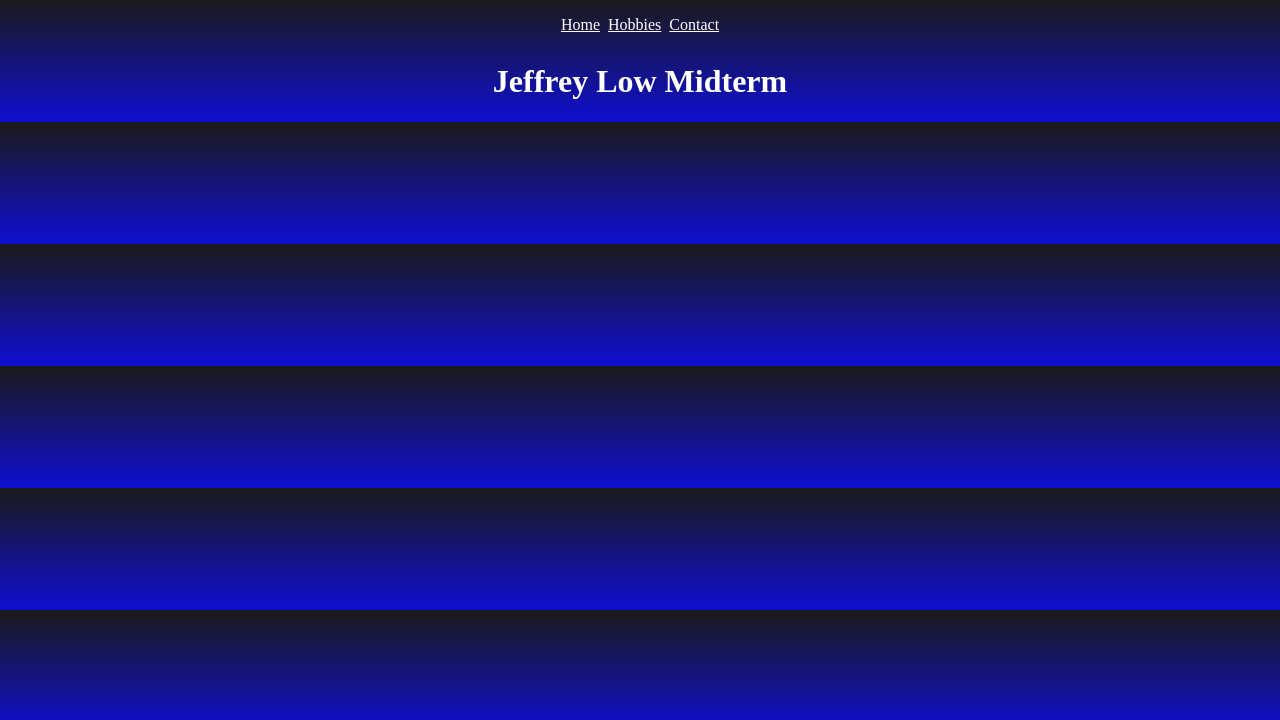
Repository: sebas6292/Jeff-Midterm
Page: home.html
An editor plug-in stored every save of this project. The page is shown before and after the next save, followed by the edit.
The browser window is 1280 px wide. The pictures show the whole page.

Above is the page before, as saved 2023-04-30 23:24:21.

### home.html
<!DOCTYPE html>
<html lang="en">
  <head>
    <title>Home</title>
    <meta charset="UTF-8" />
    <meta name="viewport" content="width=device-width" />
    <link rel="stylesheet" href="styles.css" />
  </head>
  <body>
    <nav>
      <a href="/home.html">Home</a>
      <a href="/hobby.html">Hobbies</a>
      <a href="/contact.html">Contact</a>
    </nav>
    <main>
      <h1>Jeffrey Low Midterm</h1>
      <p></p>
    </main>
  </body>
</html>

### styles.css
body {
  background: linear-gradient(rgb(27, 26, 26), rgb(15, 15, 210));
}

nav {
  display: flex;
  flex-wrap: wrap;
  align-items: center;
  justify-content: center;
  padding: 0.5rem;
  gap: 0.5rem;
}
nav, a, h1, p{
  color: white
}

.title {
  display: flex;
  justify-content: center;
}

/* hobbies */
.container {
  display: flex;
  flex-wrap: wrap;
  justify-content: center ;
}
.box-container {
  padding: 1rem;
}
.img-hobbies {
  border-radius: 10%;
}

h1, .contact-info, img {
  display: flex;
  justify-content: center;
  border-radius: 8%;
}

After the next save:
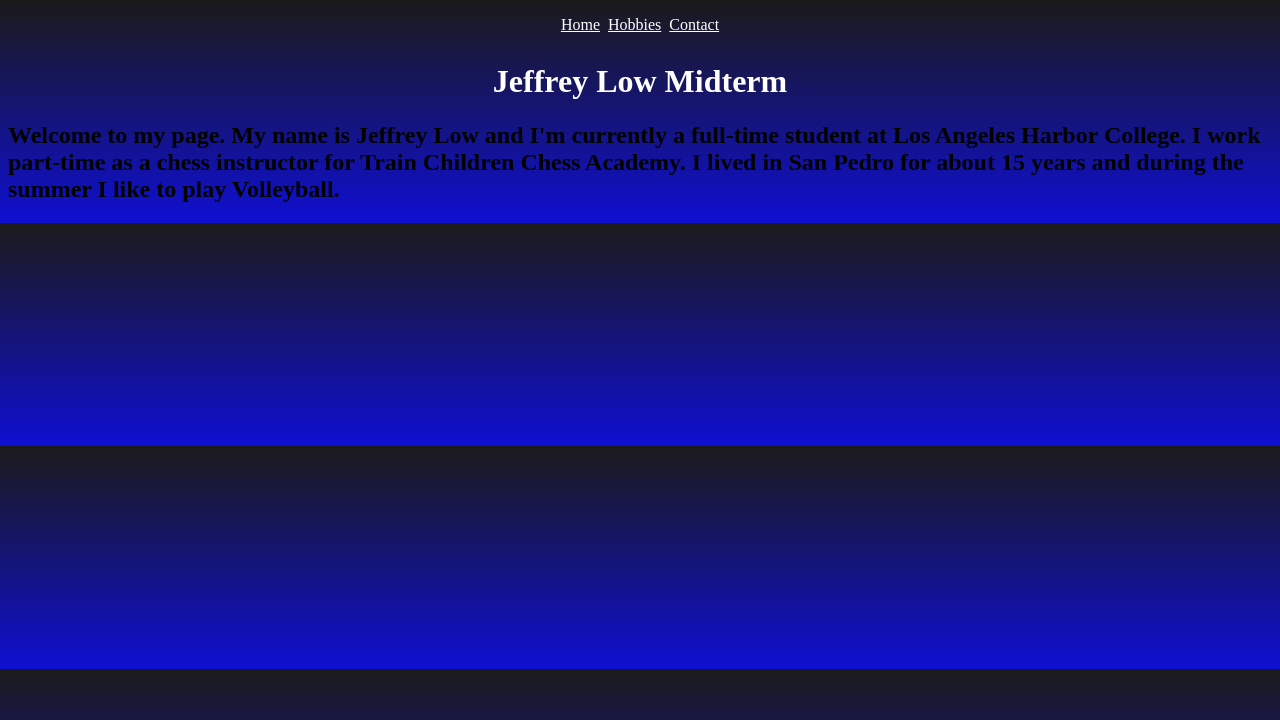
Saved 3 min 42 s later.
--- a/home.html
+++ b/home.html
@@ -14,7 +14,7 @@
     </nav>
     <main>
       <h1>Jeffrey Low Midterm</h1>
-      <p></p>
+    <h2>Welcome to my page. My name is Jeffrey Low and I'm currently a full-time student at Los Angeles Harbor College. I work part-time as a chess instructor for Train Children Chess Academy. I lived in San Pedro for about 15 years and during the summer I like to play Volleyball. </h2>
     </main>
   </body>
 </html>
